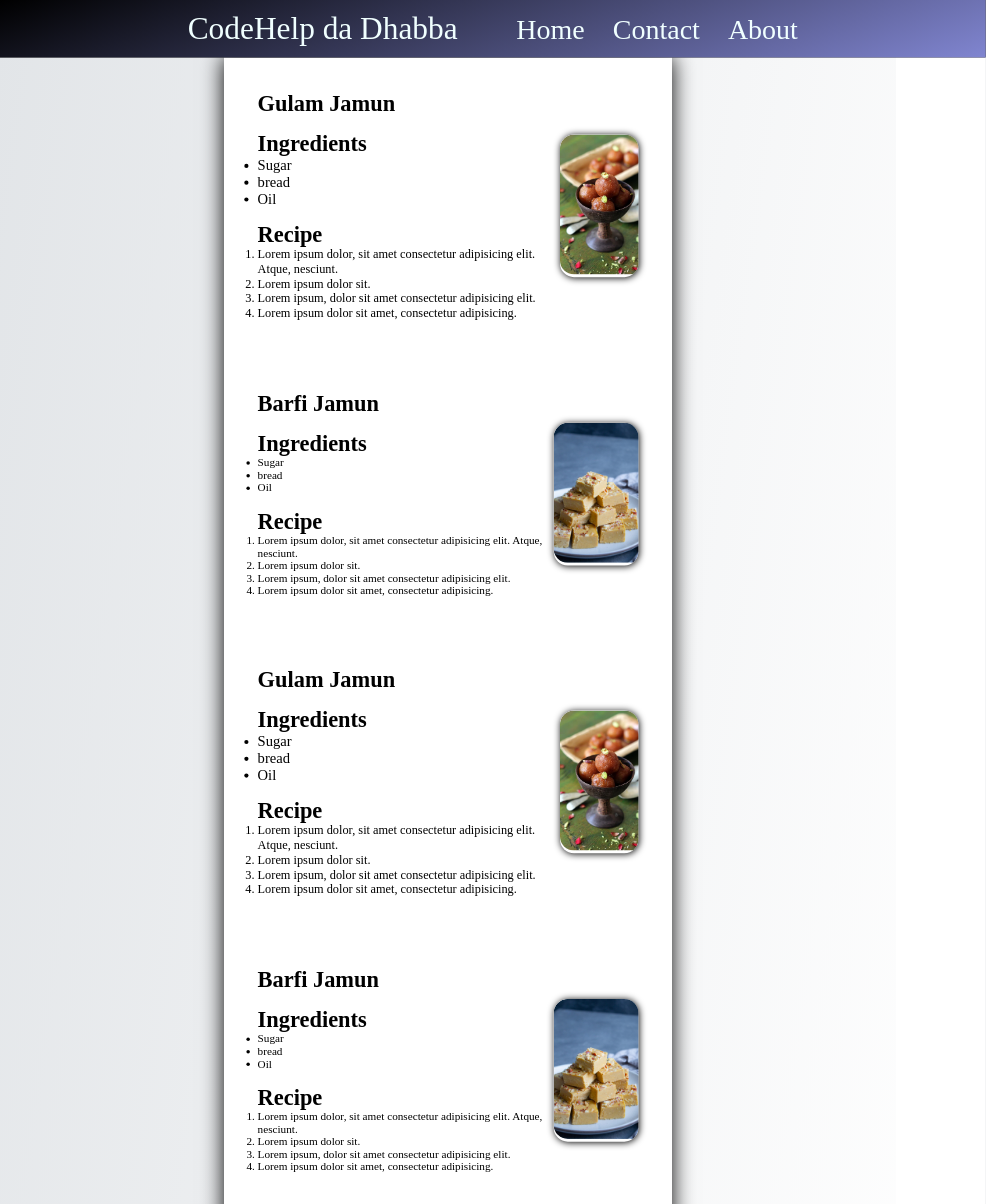
Repository: ssaddamhuss100/Recipe_Html_css
Page: index.html
The author's editor kept a copy of each file at every save. The page is drawn from the files as they stood at one save, then again after the next save.
The browser window is 1280 px wide. The page is 1408 px wide, so the pictures cover 1408 px, including what lies to the right of the window. The pictures show the part of the page from y = 0 to 1720 px (the page is 2587 px tall before and 2639 px after), at 70% of full size.

Above is the page before, as saved 2024-12-12 10:48:35.

After the next save:
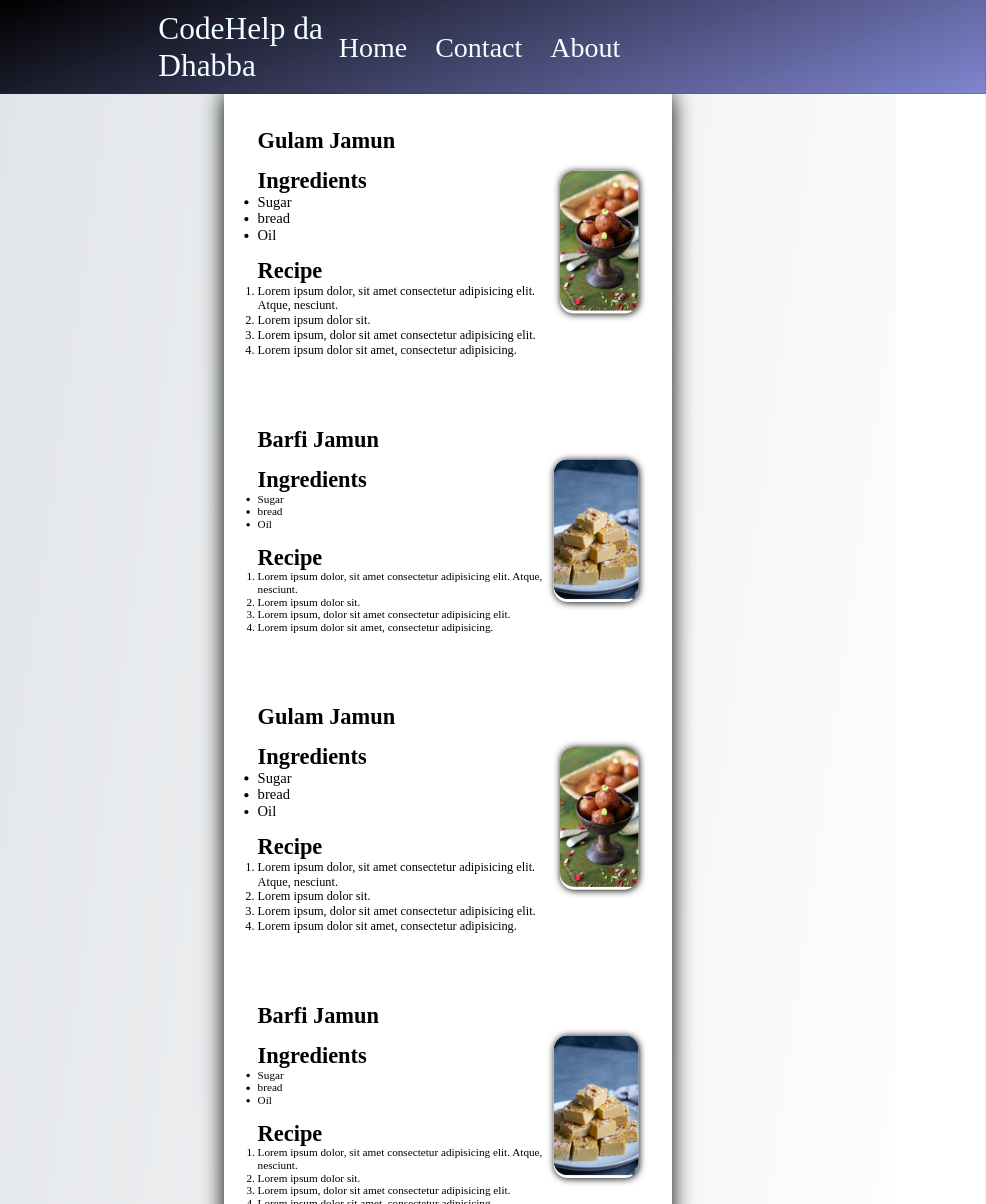
Saved 11 s later.
--- a/style.css
+++ b/style.css
@@ -29,7 +29,7 @@ nav{
     width: 70%;
 }
 #navList{
-    width: 100%;
+    width: 70%;
     padding: 15px;
     /* margin-left: 15px;
     margin-right: 15px; */
